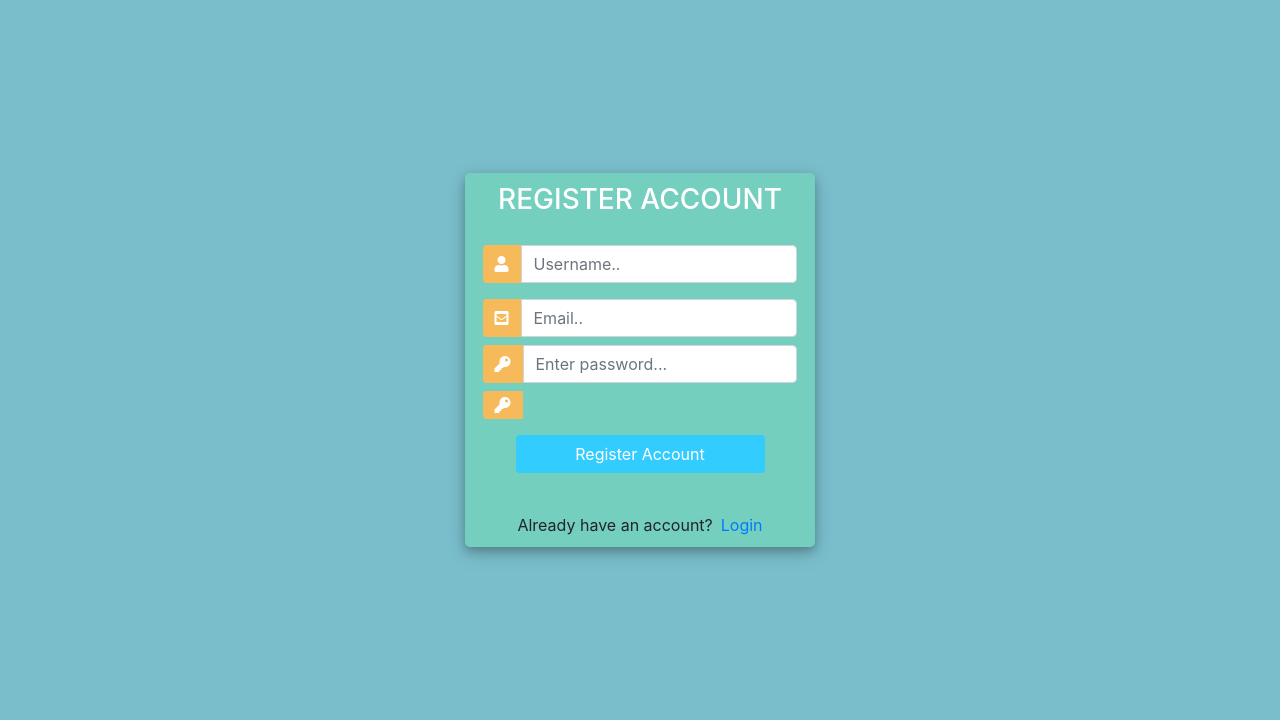
Repository: rohollah-naghipour/Login-form
Page: http://localhost/register/
The author's editor kept a copy of each file at every save. The page is drawn from the files as they stood at one save, then again after the next save.
The browser window is 1280 px wide. The pictures show the whole page.
Some web libraries are served in a nearby version. The page is served by the project's application, run on Django 5.2 (manage.py). Other server files are loaded and not shown.

Above is the page before, as saved 2025-05-22 20:21:54.

### users/templates/register.html


<html>

<head>
	<title>Login</title>
	<link rel="stylesheet" href="https://stackpath.bootstrapcdn.com/bootstrap/4.1.3/css/bootstrap.min.css" integrity="sha384-MCw98/SFnGE8fJT3GXwEOngsV7Zt27NXFoaoApmYm81iuXoPkFOJwJ8ERdknLPMO" crossorigin="anonymous">
	<script src="https://ajax.googleapis.com/ajax/libs/jquery/3.3.1/jquery.min.js"></script>
	<link rel="stylesheet" href="https://use.fontawesome.com/releases/v5.6.1/css/all.css" integrity="sha384-gfdkjb5BdAXd+lj+gudLWI+BXq4IuLW5IT+brZEZsLFm++aCMlF1V92rMkPaX4PP" crossorigin="anonymous">

	<style>
		body,
		html {
			margin: 0;
			padding: 0;
			height: 100%;
			background: #7abecc !important;
		}
		.user_card {
			width: 350px;
			margin-top: auto;
			margin-bottom: auto;
			background: #74cfbf;
			position: relative;
			display: flex;
			justify-content: center;
			flex-direction: column;
			padding: 10px;
			box-shadow: 0 4px 8px 0 rgba(0, 0, 0, 0.2), 0 6px 20px 0 rgba(0, 0, 0, 0.19);
			-webkit-box-shadow: 0 4px 8px 0 rgba(0, 0, 0, 0.2), 0 6px 20px 0 rgba(0, 0, 0, 0.19);
			-moz-box-shadow: 0 4px 8px 0 rgba(0, 0, 0, 0.2), 0 6px 20px 0 rgba(0, 0, 0, 0.19);
			border-radius: 5px;

		}

		.form_container {
			margin-top: 20px;
		}

		#form-title{
			color: #fff;
		}
		.login_btn {
			width: 100%;
			background: #33ccff !important;
			color: white !important;
		}
		.login_btn:focus {
			box-shadow: none !important;
			outline: 0px !important;
		}
		.login_container {
			padding: 0 2rem;
		}
		.input-group-text {
			background: #f7ba5b !important;
			color: white !important;
			border: 0 !important;
			border-radius: 0.25rem 0 0 0.25rem !important;
		}
		.input_user,
		.input_pass:focus {
			box-shadow: none !important;
			outline: 0px !important;
		}

	</style>

</head>
<body>
	<div class="container h-100">
		<div class="d-flex justify-content-center h-100">
			<div class="user_card">
				<div class="d-flex justify-content-center">
					<h3 id="form-title">REGISTER ACCOUNT</h3>
				</div>
				<div class="d-flex justify-content-center form_container">

					<form method="POST" action="">
						{% csrf_token %}
						<div class="input-group mb-3">
							<div class="input-group-append">
								<span class="input-group-text"><i class="fas fa-user"></i></span>
							</div>
							<input class="login-input" type="text" id="username" name="username" placeholder="Username" required>
						</div>
						<div class="input-group mb-2">
							<div class="input-group-append">
								<span class="input-group-text"><i class="fas fa-envelope-square"></i></span>
							</div>
							<input class="login-input" type="email" id="email" name="email" placeholder="Email" required>
						</div>
						<div class="input-group mb-2">
							<div class="input-group-append">
								<span class="input-group-text"><i class="fas fa-key"></i></span>
							</div>
							<input class="login-input" type="password" id="password" name="password">
						</div>
						<div class="input-group mb-2">
							<div class="input-group-append">
								<span class="input-group-text"><i class="fas fa-key"></i></span>
							</div>
						</div>

				   		<div class="d-flex justify-content-center mt-3 login_container">
				 			<input class="btn login_btn" type="submit" value="Register Account">
				   		</div>
					</form>
				</div>

				<div class="mt-4">
					<div class="d-flex justify-content-center links">
						Already have an account? <a href="{% url 'login' %}" class="ml-2">Login</a>
					</div>
				</div>
			</div>
		</div>
	</div>
	<script>
						/* Because i didnt set placeholder values in forms.py they will be set here using vanilla Javascript
		//We start indexing at one because CSRF_token is considered and input field
		 */

		//Query All input fields
		var form_fields = document.getElementsByTagName('input')
		form_fields[1].placeholder='Username..';
		form_fields[2].placeholder='Email..';
		form_fields[3].placeholder='Enter password...';
		form_fields[4].placeholder='Re-enter Password...';


		for (var field in form_fields){
			form_fields[field].className += ' form-control'
		}
	</script>
</body>
</html>

### users/views.py
from django.shortcuts import render
from django.shortcuts import redirect
from django.contrib.auth import login,authenticate

from .models import User



def registerPage(request):
    if request.method == 'POST':
        username = request.POST['username']
        email = request.POST['email']
        password = request.POST['password']
        user = User.objects.create_user(username = username, email= email, password = password)
        login(request,user)
        return redirect('login/')
    return render(request, 'register.html',status = 200)


def loginPage(request):
    if request.method == 'POST':
        username = request.POST['username']
        password = request.POST['password']

        user = authenticate(request, username = username, password = password)
        if user is not None:
            login(request, user)
            return redirect('Home/')
        else:
            return render(request, 'login.html', {'error': 'Invalid username or password'})
    return render(request, 'login.html')



def homepage(request):
    return render(request, 'Home.html', status=200)

### Login_form/urls.py


from django.contrib import admin
from django.urls import path, include


urlpatterns = [
    path('admin/', admin.site.urls),
    path('', include('users.urls')),
]

### users/urls.py
from django.urls import path
from . import views


urlpatterns = [
    path('register/', views.registerPage ,name = 'register'),
    path('login/', views.loginPage, name = 'login'),
    path('register/login/Home/', views.homepage, name = 'home'),
    path('register/login/', views.loginPage, name = 'login'),
    path('login/Home/', views.homepage, name = 'home')
]

After the next save:
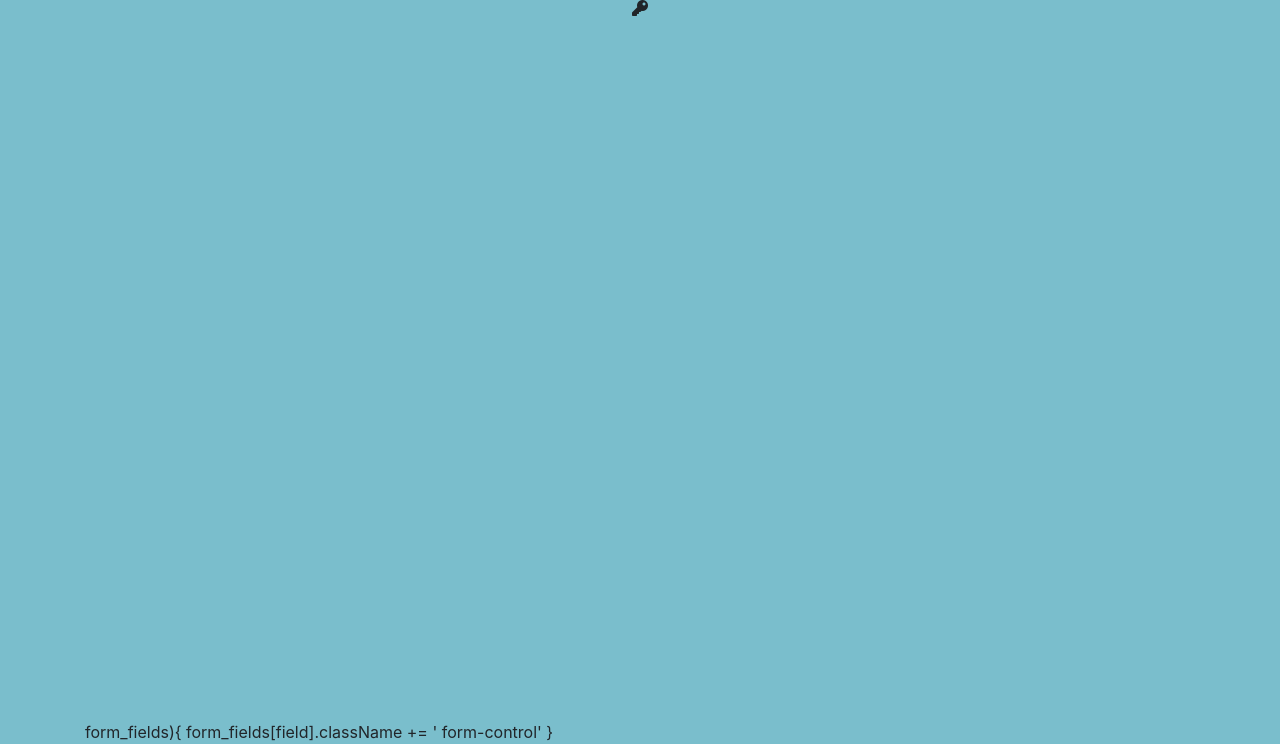
Saved 17 s later.
--- a/users/templates/register.html
+++ b/users/templates/register.html
@@ -70,66 +70,10 @@
 <body>
 	<div class="container h-100">
 		<div class="d-flex justify-content-center h-100">
-			<div class="user_card">
-				<div class="d-flex justify-content-center">
-					<h3 id="form-title">REGISTER ACCOUNT</h3>
-				</div>
-				<div class="d-flex justify-content-center form_container">
-
-					<form method="POST" action="">
-						{% csrf_token %}
-						<div class="input-group mb-3">
-							<div class="input-group-append">
-								<span class="input-group-text"><i class="fas fa-user"></i></span>
-							</div>
-							<input class="login-input" type="text" id="username" name="username" placeholder="Username" required>
-						</div>
-						<div class="input-group mb-2">
-							<div class="input-group-append">
-								<span class="input-group-text"><i class="fas fa-envelope-square"></i></span>
-							</div>
-							<input class="login-input" type="email" id="email" name="email" placeholder="Email" required>
-						</div>
-						<div class="input-group mb-2">
-							<div class="input-group-append">
-								<span class="input-group-text"><i class="fas fa-key"></i></span>
-							</div>
-							<input class="login-input" type="password" id="password" name="password">
-						</div>
-						<div class="input-group mb-2">
-							<div class="input-group-append">
-								<span class="input-group-text"><i class="fas fa-key"></i></span>
+			<div class="useass="input-group-text"><i class="fas fa-key"></i></span>
 							</div>
 						</div>
-
-				   		<div class="d-flex justify-content-center mt-3 login_container">
-				 			<input class="btn login_btn" type="submit" value="Register Account">
-				   		</div>
-					</form>
-				</div>
-
-				<div class="mt-4">
-					<div class="d-flex justify-content-center links">
-						Already have an account? <a href="{% url 'login' %}" class="ml-2">Login</a>
-					</div>
-				</div>
-			</div>
-		</div>
-	</div>
-	<script>
-						/* Because i didnt set placeholder values in forms.py they will be set here using vanilla Javascript
-		//We start indexing at one because CSRF_token is considered and input field
-		 */
-
-		//Query All input fields
-		var form_fields = document.getElementsByTagName('input')
-		form_fields[1].placeholder='Username..';
-		form_fields[2].placeholder='Email..';
-		form_fields[3].placeholder='Enter password...';
-		form_fields[4].placeholder='Re-enter Password...';
-
-
-		for (var field in form_fields){
+form_fields){
 			form_fields[field].className += ' form-control'
 		}
 	</script>

After the save that followed:
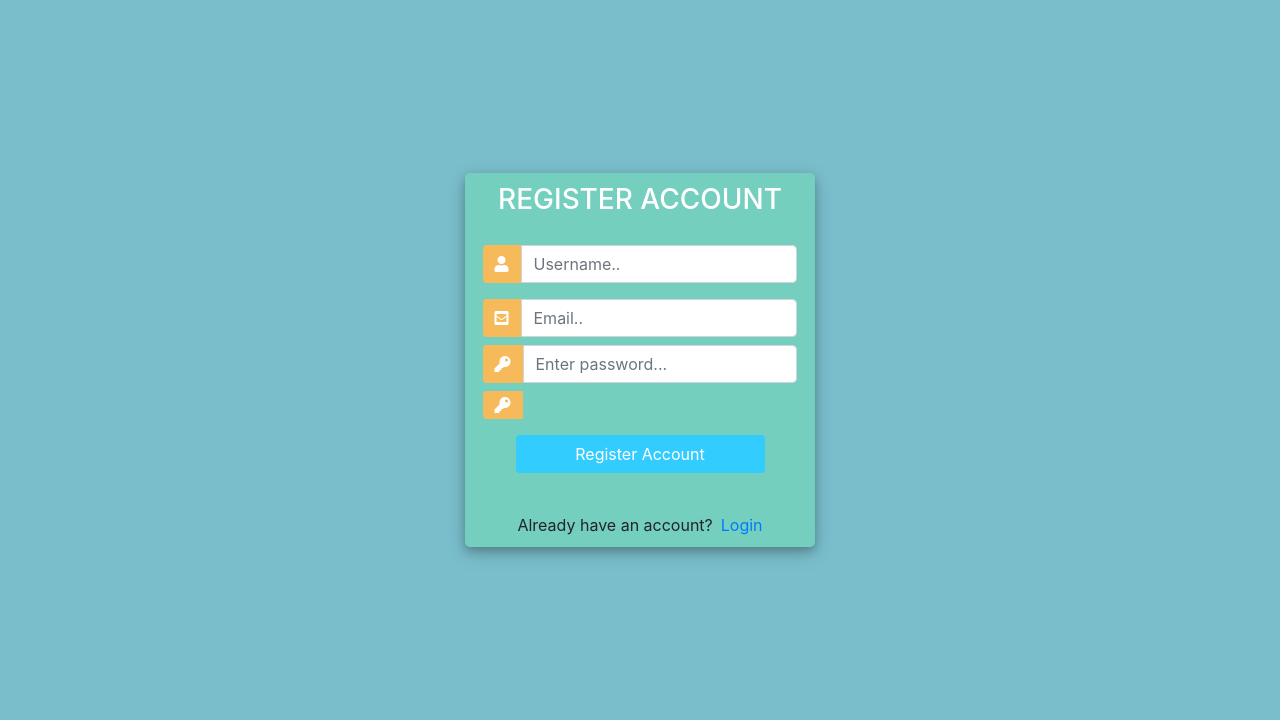
Saved 11 s later.
--- a/users/templates/register.html
+++ b/users/templates/register.html
@@ -70,10 +70,66 @@
 <body>
 	<div class="container h-100">
 		<div class="d-flex justify-content-center h-100">
-			<div class="useass="input-group-text"><i class="fas fa-key"></i></span>
+			<div class="user_card">
+				<div class="d-flex justify-content-center">
+					<h3 id="form-title">REGISTER ACCOUNT</h3>
+				</div>
+				<div class="d-flex justify-content-center form_container">
+
+					<form method="POST" action="">
+						{% csrf_token %}
+						<div class="input-group mb-3">
+							<div class="input-group-append">
+								<span class="input-group-text"><i class="fas fa-user"></i></span>
+							</div>
+							<input class="login-input" type="text" id="username" name="username" placeholder="Username" required>
+						</div>
+						<div class="input-group mb-2">
+							<div class="input-group-append">
+								<span class="input-group-text"><i class="fas fa-envelope-square"></i></span>
+							</div>
+							<input class="login-input" type="email" id="email" name="email" placeholder="Email" required>
+						</div>
+						<div class="input-group mb-2">
+							<div class="input-group-append">
+								<span class="input-group-text"><i class="fas fa-key"></i></span>
+							</div>
+							<input class="login-input" type="password" id="password" name="password">
+						</div>
+						<div class="input-group mb-2">
+							<div class="input-group-append">
+								<span class="input-group-text"><i class="fas fa-key"></i></span>
 							</div>
 						</div>
-form_fields){
+
+				   		<div class="d-flex justify-content-center mt-3 login_container">
+				 			<input class="btn login_btn" type="submit" value="Register Account">
+				   		</div>
+					</form>
+				</div>
+
+				<div class="mt-4">
+					<div class="d-flex justify-content-center links">
+						Already have an account? <a href="{% url 'login' %}" class="ml-2">Login</a>
+					</div>
+				</div>
+			</div>
+		</div>
+	</div>
+	<script>
+						/* Because i didnt set placeholder values in forms.py they will be set here using vanilla Javascript
+		//We start indexing at one because CSRF_token is considered and input field
+		 */
+
+		//Query All input fields
+		var form_fields = document.getElementsByTagName('input')
+		form_fields[1].placeholder='Username..';
+		form_fields[2].placeholder='Email..';
+		form_fields[3].placeholder='Enter password...';
+		form_fields[4].placeholder='Re-enter Password...';
+
+
+		for (var field in form_fields){
 			form_fields[field].className += ' form-control'
 		}
 	</script>
